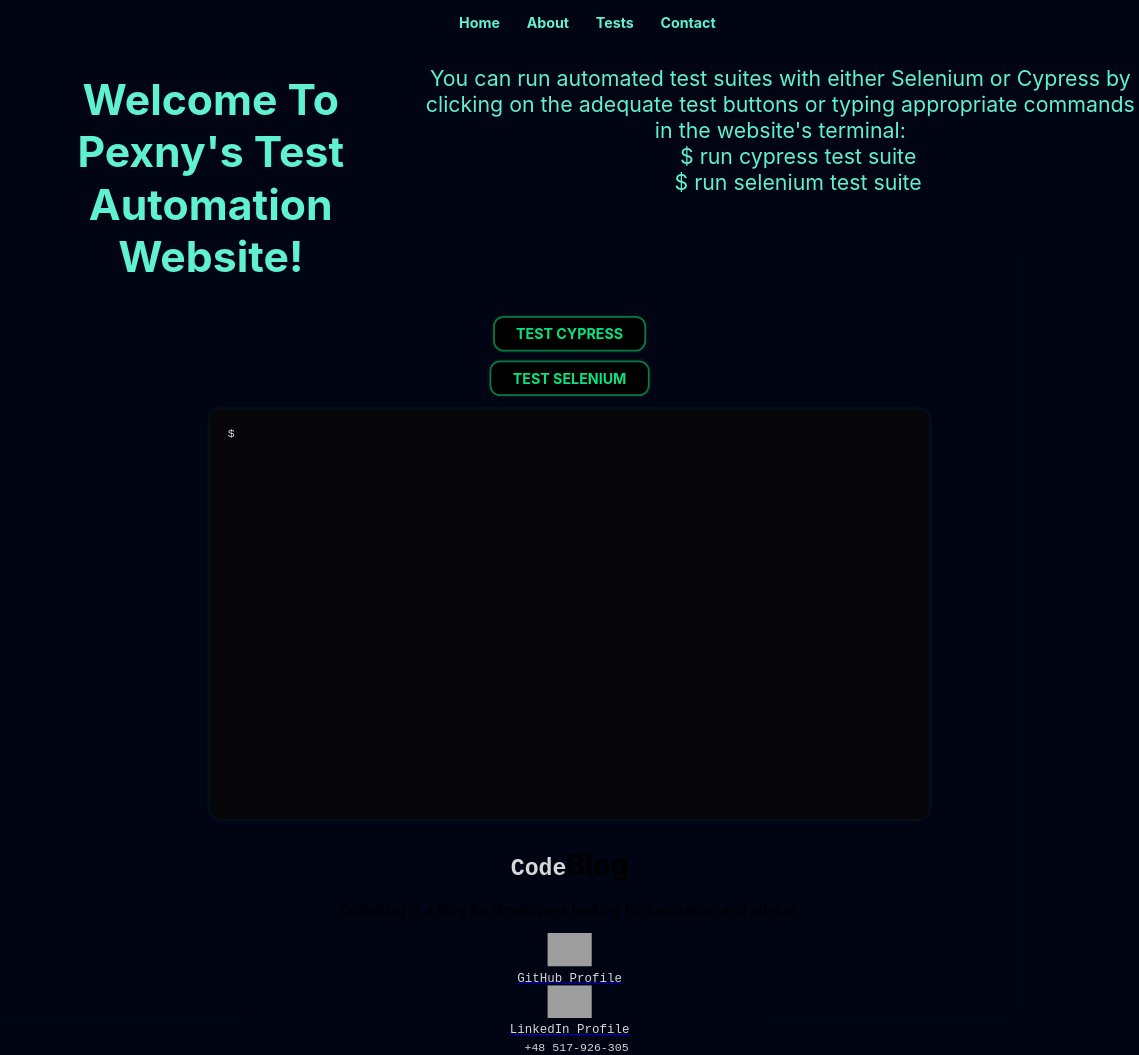
Repository: p3xny/Test-Automation-Website
Page: / (app in client/)
These files come from the project's save history. The page is drawn as it stood at one moment and after the next save; the edit follows.
The browser window is 1280 px wide. The pictures show the whole page, at 89% of full size.
Pictures or frames that could not be fetched are drawn as grey boxes. The project was rebuilt for these pictures with package versions that can differ from the ones it lists, and the page was loaded fresh each time. Also part of the build but not shown: client/src/components/UI/TestMenu.js, client/src/components/UI/Card.module.css, client/src/components/UI/Card.js, client/src/components/UI/Contact/Footer.module.css.

Above is the page before, as saved 2023-08-27 21:56:09.

### client/src/index.css
body {
  margin: 0;
  font-family: -apple-system, BlinkMacSystemFont, "Segoe UI", "Roboto", "Oxygen",
    "Ubuntu", "Cantarell", "Fira Sans", "Droid Sans", "Helvetica Neue",
    sans-serif;
  -webkit-font-smoothing: antialiased;
  -moz-osx-font-smoothing: grayscale;
  background-color: rgba(0, 5, 20, 0.993);
}

code {
  font-family: source-code-pro, Menlo, Monaco, Consolas, "Courier New",
    monospace;
}

### client/src/App.js
import React, { useRef } from "react";

import "./App.css";

import WelcomeMessage from "./components/UI/WelcomeMessage";
import Tests from "./components/Tests";
import Terminal from "./components/Terminal/Terminal";
import MediaIcon from "./components/UI/Contact/MediaIcon";
import Navbar from "./components/UI/Navbar/Navbar";
import Footer from "./components/UI/Contact/Footer";

function App() {
  const terminalRef = useRef();

  return (
    <div className="App">
      <Navbar />
      <header className="App-header">
        <WelcomeMessage />
      </header>
      <Tests testTool="cypress" buttonId="cypress-menu" />
      <Tests testTool="selenium" buttonId="selenium-menu" />
      <Terminal ref={terminalRef} />
      <MediaIcon />
      <Footer />
    </div>
  );
}

export default App;

### client/src/App.css
.App {
  text-align: center;
  background: rgba(0, 5, 20, 0.993);
}

.App-logo {
  height: 40vmin;
  pointer-events: none;
}

@media (prefers-reduced-motion: no-preference) {
  .App-logo {
    animation: App-logo-spin infinite 20s linear;
  }
}

.App-header {
  /* background-color: rgba(0, 5, 20, 0.993); */
  /* min-height: 100vh; */
  /* display: flex; */
  /* flex-direction: column; */
  /* align-items: center; */
  /* justify-content: center; */
  font-size: calc(10px + 2vmin);
  color: white;
}

.App-link {
  color: #61dafb;
}

@keyframes App-logo-spin {
  from {
    transform: rotate(0deg);
  }
  to {
    transform: rotate(360deg);
  }
}

### client/src/components/UI/WelcomeMessage.js
import React from "react";
// import Balancer from "react-wrap-balancer";

import styles from "./WelcomeMessage.module.css";

const WelcomeMessage = (props) => {
  return (
    // <Balancer>
    <div className={styles.WelcomeMessage}>
      <h1>Welcome To Pexny's Test Automation Website!</h1>
      <p>
        You can run automated test suites with either Selenium or Cypress by
        clicking on the adequate test buttons or typing appropriate commands in
        the website's terminal:
        <ul>
          <li>$ run cypress test suite</li>
          <li>$ run selenium test suite</li>
        </ul>
      </p>
    </div>
    // </Balancer>
  );
};

export default WelcomeMessage;

### client/src/components/Tests.js
import React, { useState, useEffect } from "react";

import styles from "./UI/Button.module.css";

import TestMenu from "./UI/TestMenu";
import Button from "./UI/Button";
import Card from "./UI/Card";

const testCases = [
  {
    cypress: [
      { id: 1, name: "Cypress Full Test", command: "" },
      { id: 2, name: "Cypress Buttons Test", command: "" },
      { id: 3, name: "Cypress Terminal Test", command: "" },
    ],
    selenium: [
      { id: 1, name: "Selenium Full Test", command: "pytest -v" },
      {
        id: 2,
        name: "Selenium Buttons Test",
        command: "pytest -v test_client_buttons.py",
      },
      {
        id: 3,
        name: "Selenium Terminal Test",
        command: "pytest -v test_client_terminal.py",
      },
    ],
  },
];

const Tests = (props) => {
  const [isActive, setIsActive] = useState(false);

  const makeActiveHandler = (event) => {
    setIsActive(true);
    console.log("Activated!");
  };

  const makeInactiveHandler = (event) => {
    setIsActive(false);
  };

  const filterButtons = testCases.find((test) =>
    test.hasOwnProperty(props.testTool)
  );

  return (
    <div>
      {!isActive && (
        <Button
          name={`TEST ${props.testTool.toUpperCase()}`}
          id={`test-button-${props.buttonId}`}
          testFamily={props.testTool}
          onActivate={makeActiveHandler}
        />
      )}
      {isActive && (
        <React.Fragment>
          <TestMenu tests={filterButtons[props.testTool]} testTool="cypress" />
          <button
            className={styles.button}
            id={"back-button"}
            onClick={makeInactiveHandler}
          >
            BACK
          </button>
        </React.Fragment>
      )}
    </div>
  );
};

export default Tests;

### client/src/components/Terminal/Terminal.js
import React, { useRef, forwardRef, useState, useEffect } from "react";

import styles from "./Terminal.module.css";

const Terminal = forwardRef((props, ref) => {
  const [terminalInput, setTerminalInput] = useState("");
  const [terminalOutput, setTerminalOutput] = useState([]);
  const terminalRef = useRef();

  const terminalInputHandler = (event) => {
    setTerminalInput(event.target.value);
    console.log(event.target.value);
  };

  const submitHandler = (event) => {
    event.preventDefault();
    writeToTerminal(`$ ${terminalInput}\n`);
    processCommand(terminalInput);
    setTerminalInput("");
  };

  const writeToTerminal = (message) => {
    setTerminalOutput((prevOutput) => [...prevOutput, message]);
    console.log(message);
  };

  const processCommand = async (command) => {
    try {
      const response = await fetch("http://localhost:5000/run_tests", {
        method: "POST",
        headers: {
          "Content-Type": "application/json",
        },
        body: JSON.stringify({ command }),
      });

      if (command === "clear" || command === "cls") {
        setTerminalOutput([]);
        return;
      }

      const data = await response.json();

      if (data.success) {
        writeToTerminal(data.output);
      } else {
        writeToTerminal(`Error: ${data.error}\n`);
      }
    } catch (error) {
      writeToTerminal(`Error: ${error}\n`);
    }
  };

  const highlightWords = (message) => {
    // if (!message) {
    //   return message;
    // }

    const greenWords = [
      "success",
      "Success",
      "SUCCESS",
      "passed",
      "Passed",
      "PASSED",
    ];
    const redWords = [
      // "error",
      // "Error",
      // "ERROR",
      "failed",
      "Failed",
      "FAILED",
      "FAILURES",
    ];
    const parts = message.split(
      new RegExp(`(${greenWords.concat(redWords).join("|")})`, "g")
    );

    return parts.map((part, index) => {
      if (greenWords.includes(part.toLowerCase())) {
        return (
          <span className={styles["highlighted-green"]} key={index}>
            {part}
          </span>
        );
      } else if (redWords.includes(part.toLowerCase())) {
        return (
          <span className={styles["highlighted-red"]} key={index}>
            {part}
          </span>
        );
      }
      return part;
    });
  };

  useEffect(() => {
    terminalRef.current.scrollIntoView({ behavior: "smooth" });
  }, [terminalOutput]);

  return (
    <div className={styles.terminal} ref={ref}>
      <div id="output">
        {terminalOutput.map((message, index) => (
          <pre key={index} className={styles.outputContent}>
            {highlightWords(message)}
          </pre>
        ))}

        <div ref={terminalRef}></div>
      </div>
      <form id="input-form" onSubmit={submitHandler}>
        <span>$</span>
        <input
          className={styles.input}
          type="text"
          id="command-input"
          value={terminalInput}
          onChange={terminalInputHandler}
          autoFocus
        />
      </form>
    </div>
  );
});

export default Terminal;

### client/src/components/UI/Contact/MediaIcon.js
import React from "react";

import styles from "./MediaIcon.module.css";

const MediaIcon = (props) => {
  return (
    <a className={styles["icon-link"]} href={props.link} target="_blank">
      <img src={props.icon} alt={props.alt} />
      <span>{props.text}</span>
    </a>
  );
};

export default MediaIcon;

### client/src/components/UI/Navbar/Navbar.js
import React from "react";

import styles from "./Navbar.module.css";

const Navbar = (props) => {
  return (
    <nav className={styles["navbar navbar-expand-lg navbar-dark bg-dark"]}>
      <ul className={styles["nav-list"]}>
        <li>
          <a href="#">Home</a>
        </li>
        <li>
          <a href="#">About</a>
        </li>
        <li>
          <a href="#">Tests</a>
        </li>
        <li>
          <a href="#">Contact</a>
        </li>
      </ul>
    </nav>
  );
};

export default Navbar;

### client/src/components/UI/Contact/Footer.js
import React from "react";

import styles from "./Footer.module.css";

import MediaIcon from "./MediaIcon";

const linksArray = [
  {
    id: 1,
    href: "https://github.com/p3xny",
    icon: "https://img.icons8.com/ios-filled/50/000000/github.png",
    text: "GitHub Profile",
  },
  {
    id: 2,
    href: "https://www.linkedin.com/in/piotr-%C5%82aty%C5%84ski-6b5678195/",
    icon: "https://img.icons8.com/ios-filled/50/000000/linkedin.png",
    text: "LinkedIn Profile",
  },
];

const Footer = (props) => {
  return (
    <footer className={styles.footer}>
      <div class="footer-content">
        <div class="footer-section about">
          <h1 class="logo-text">
            <span>Code</span>Blog
          </h1>
          <p>
            CodeBlog is a blog for developers looking for inspiration and
            advice.
          </p>
          <div class="contact">
            <MediaIcon
              link={linksArray[0].href}
              icon={linksArray[0].icon}
              text={linksArray[0].text}
            />
            <MediaIcon
              link={linksArray[1].href}
              icon={linksArray[1].icon}
              text={linksArray[1].text}
            />
            <span>
              <i class="fas fa-phone"></i> &nbsp; +48 517-926-305
            </span>
          </div>
        </div>
      </div>
    </footer>
  );
};

export default Footer;

### client/src/components/UI/WelcomeMessage.module.css
.WelcomeMessage {
  color: rgb(96, 241, 210);
  font-size: 1.5rem;
  /* font-weight: bold; */
  text-align: center;
  margin: auto;
  display: flex;
  overflow-wrap: break-word;
}

ul {
  list-style-type: none;
  margin: 0px;
}

### client/src/components/UI/Button.module.css
.button {
  width: 100%;
  font: inherit;
  font-weight: bold;
  padding: 0.5rem 1.5rem;
  border: 2px solid rgb(8, 121, 68);
  border-radius: 12px;
  color: rgb(9, 226, 125);
  background: black;
  box-shadow: 0 0 5px rgba(8, 121, 68, 0.26);
  cursor: pointer;
  margin: 5px;
  margin-top: 5px;
  margin-bottom: 5px;
}

.button:focus {
  outline: none;
}

.button:hover,
.button:active {
  background: rgb(8, 121, 68);
  border-color: rgb(9, 226, 125);
  color: black;
  box-shadow: 0 0 8px rgba(0, 0, 0, 0.26);
}

@media (min-width: 768px) {
  .button {
    width: auto;
  }
}

### client/src/components/UI/Button.js
import styles from "./Button.module.css";

const Button = (props) => {
  return (
    <button id={props.id} className={styles.button} onClick={props.onActivate}>
      {props.name}
    </button>
  );
};

export default Button;

### client/src/components/Terminal/Terminal.module.css
.terminal {
  margin-top: 10px;
  margin-bottom: 10px;
  margin-left: auto;
  margin-right: auto;

  padding: 20px;
  border-radius: 12px;

  width: 95%;
  max-width: 768px;
  min-height: 420px;
  max-height: 420px;
  background-color: rgba(7, 7, 7, 0.884);
  overflow-y: auto;
  overflow-x: hidden;
  box-shadow: 0 0 6px rgba(23, 78, 62, 0.473);
  overflow-wrap: break-word;
}

.terminal::-webkit-scrollbar {
  width: 8px;
}

.terminal::-webkit-scrollbar-thumb {
  background-color: #888;
  border-radius: 12px;
}

.terminal::-webkit-scrollbar-track {
  background-color: rgba(80, 80, 80, 0.5);
  border-radius: 12px;
}

#output {
  white-space: pre-wrap;
}

.outputContent {
  text-align: left;
  font-family: monospace;
  overflow-wrap: break-word;
  color: rgba(255, 255, 255, 0.842);
}

.highlighted-green {
  font-family: monospace;
  font-weight: bold;
  color: rgb(12, 145, 12);
}

.highlighted-red {
  font-family: monospace;
  font-weight: bold;
  color: rgb(158, 2, 2);
}

.input {
  background-color: transparent;
  border-radius: 12px;
  width: 100%;
  color: rgba(255, 255, 255, 0.842);
  font-family: monospace;
  caret-color: rgba(255, 255, 255, 0.842);
  margin: 0 5px;
}

.input:focus {
  outline: none;
  border: none;
}

form {
  display: flex;
  align-items: left;
}

span {
  color: rgba(255, 255, 255, 0.842);
  font-family: monospace;
}

@media (min-width: 768px) {
  .button {
    width: auto;
  }
}

### client/src/components/UI/Contact/MediaIcon.module.css
.icon-link {
  text-align: center;
  margin-top: 20px;
}

.icon-link img {
  width: 50px;
  height: auto;
  display: block;
  margin: 0 auto;
}

.icon-link img:hover {
  opacity: 0.7;
}

.icon-link span {
  display: block;
  margin-top: 5px;
  font-size: 14px;
}

### client/src/components/UI/Navbar/Navbar.module.css
.navbar {
  background-color: #333;
  color: rgb(96, 241, 210);
}

.nav-list {
  list-style-type: none;
  display: flex;
  justify-content: center;
  align-items: center;
  height: 50px;
}

.nav-list li {
  margin: 0 15px;
}

.nav-list li a {
  text-decoration: none;
  color: rgb(96, 241, 210);
  font-weight: bold;
}

.nav-list li a:hover {
  color: rgb(64, 171, 148);
  text-decoration: underline;
}

Loaded but not shown: client/public/index.html (common file); client/src/index.js (common file); client/src/reportWebVitals.js (common file)

After the next save:
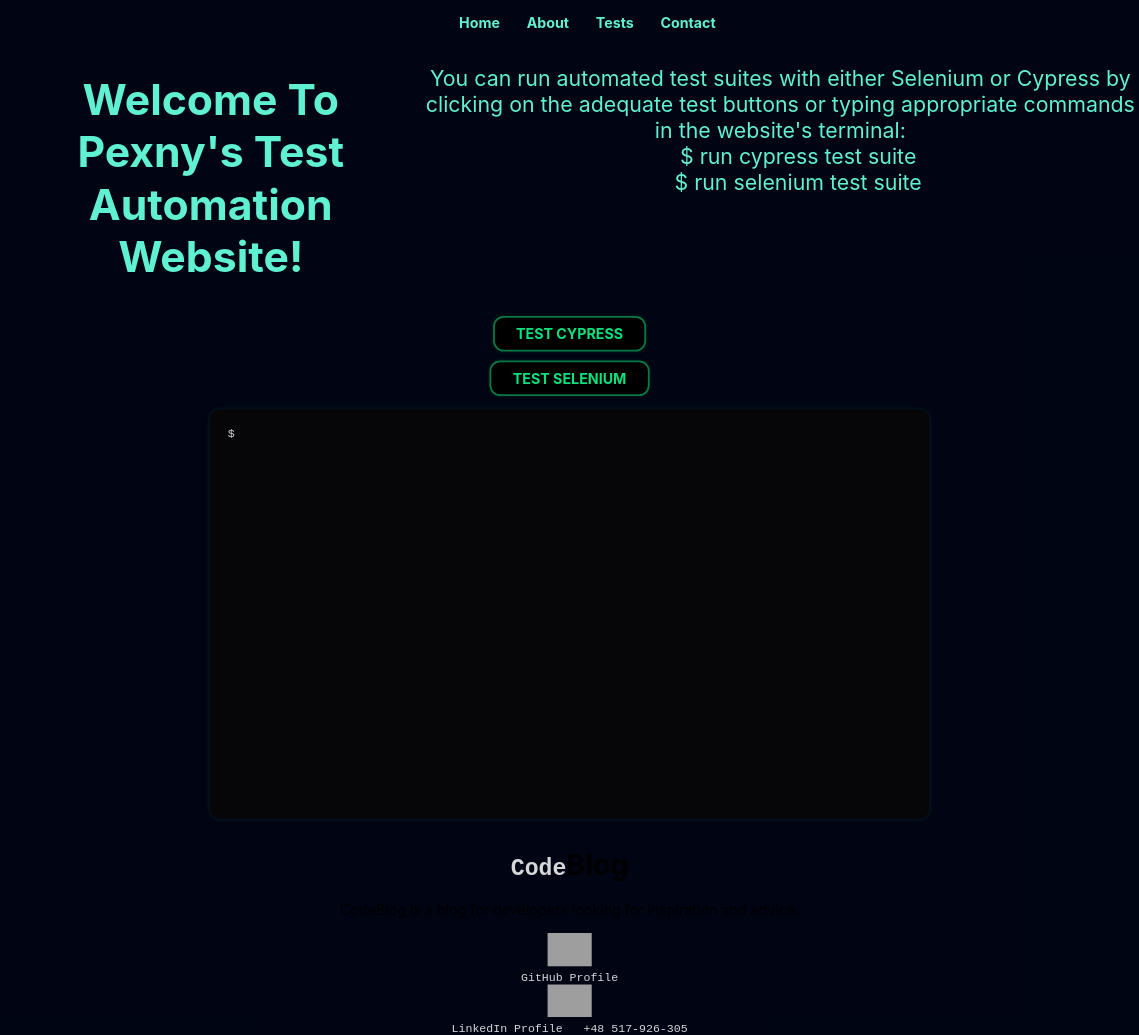
Saved 26 s later.
--- a/client/src/components/UI/Contact/MediaIcon.js
+++ b/client/src/components/UI/Contact/MediaIcon.js
@@ -4,10 +4,12 @@
 
 const MediaIcon = (props) => {
   return (
-    <a className={styles["icon-link"]} href={props.link} target="_blank">
-      <img src={props.icon} alt={props.alt} />
+    <React.Fragment>
+      <a className={styles["icon-link"]} href={props.link} target="_blank">
+        <img src={props.icon} alt={props.alt} />
+      </a>
       <span>{props.text}</span>
-    </a>
+    </React.Fragment>
   );
 };
 
